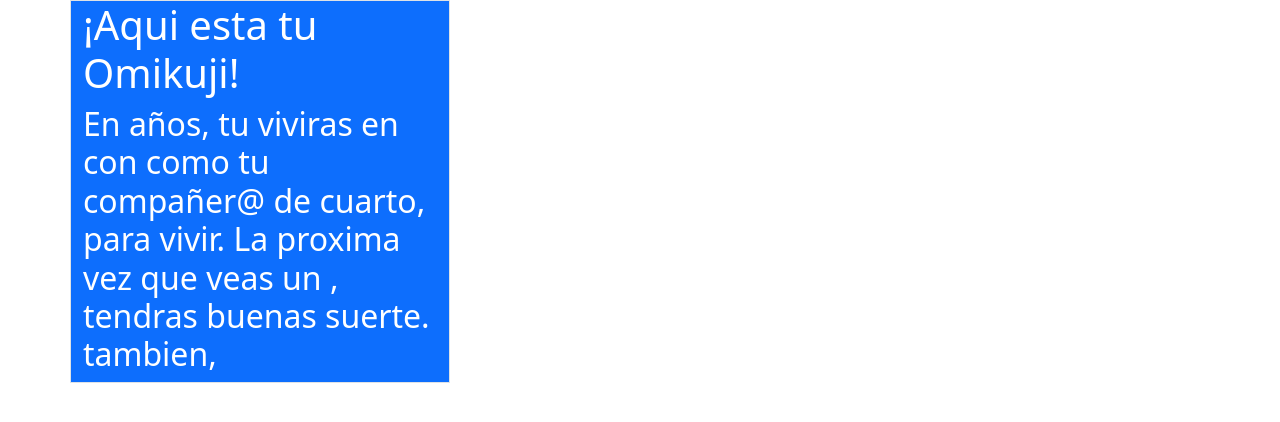
Repository: fanoneytor/condingDojo-JavaSpring
Page: http://localhost/Omikuji/WEB-INF/show.jsp
An editor plug-in stored every save of this project. The page is shown before and after the next save, followed by the edit.
The browser window is 1280 px wide. The pictures show the whole page.
The page is served by Tomcat 9. Nobody is signed in. The template is opened directly, without the code that normally fills it, so the values that code supplies are empty.

Above is the page before, as saved 2023-03-12 19:06:16.

After the next save:
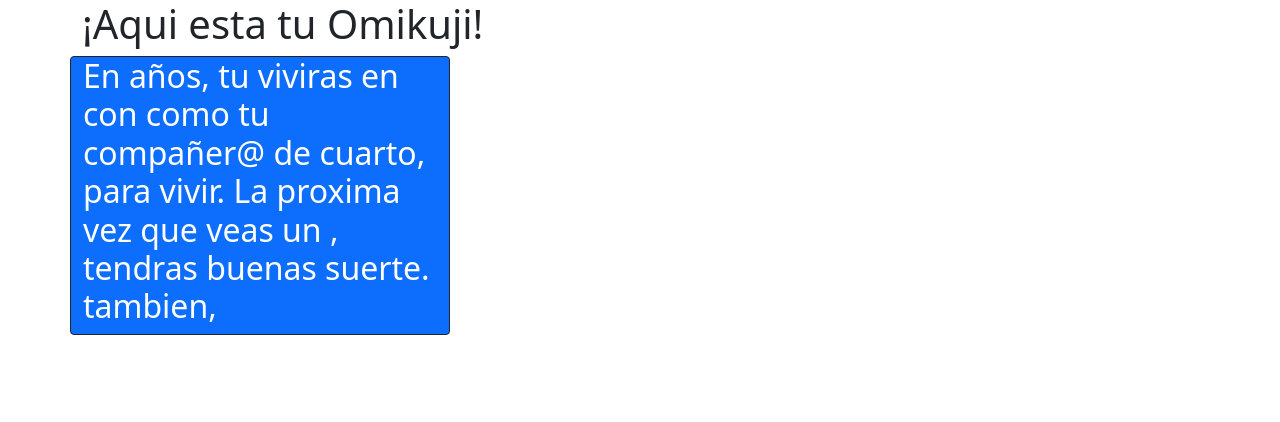
Saved 89 s later.
--- a/workspace/Omikuji/src/main/webapp/WEB-INF/show.jsp
+++ b/workspace/Omikuji/src/main/webapp/WEB-INF/show.jsp
@@ -11,8 +11,8 @@
 <body>
 	<div class="container">
 		<div class="row">
-			<div class="col-4 border bg-primary text-white">
-				<h1>¡Aqui esta tu Omikuji!</h1>
+			<h1>¡Aqui esta tu Omikuji!</h1>
+			<div class="col-4 border bg-primary text-white border-dark rounded">
 				<h2>En ${numero} años, tu viviras en ${nombreCiudad} con ${nombrePersona}
 				como tu compañer@ de cuarto, ${profesion} para vivir. La proxima vez
 				que veas un ${serVivo}, tendras buenas suerte. tambien, ${algoBueno}</h1>
